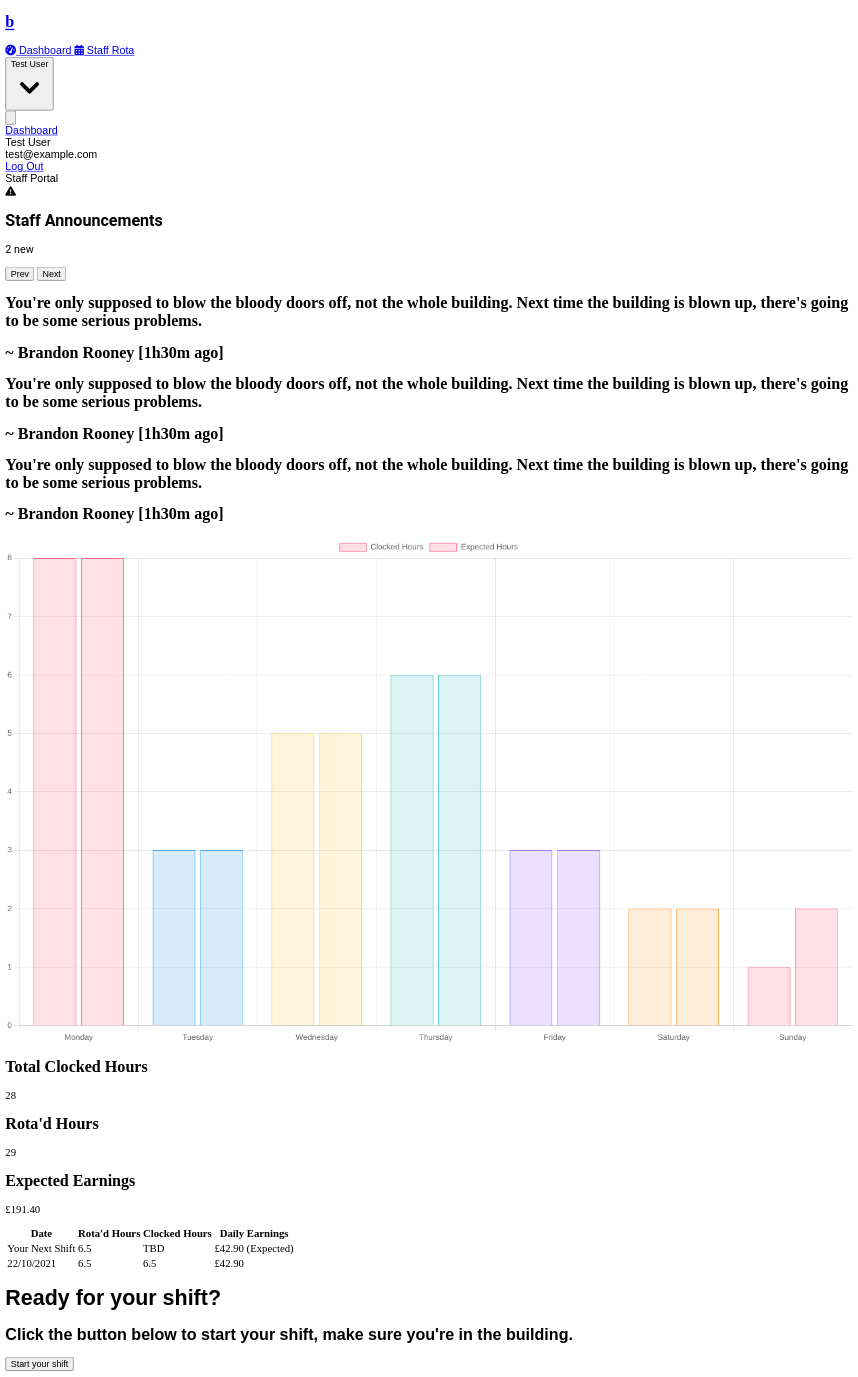
Repository: SimplyBrandon/blue-lounge
Page: http://localhost/dashboard
These files come from the project's save history. The page is drawn as it stood at one moment and after the next save; the edit follows.
The browser window is 1280 px wide. The pictures show the whole page, at 67% of full size.
Some web libraries are served in a nearby version. The page is served by the project's Laravel application, run on PHP 8.4 with Laravel 8. A made-up administrator, Test User (test@example.com), is signed in.

Above is the page before, as saved 2021-10-25 21:04:40.
Console error: ReferenceError: Invalid left-hand side in assignment

After the next save:
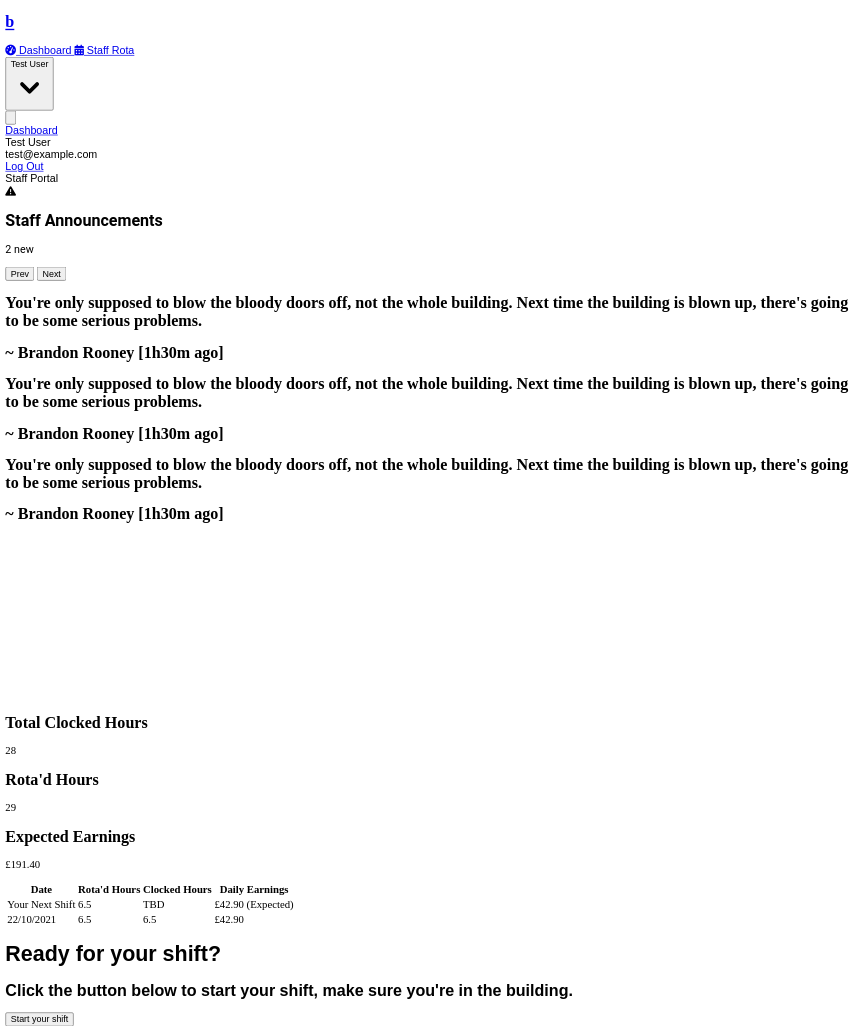
Console error: SyntaxError: Unexpected token ';'
Saved 26 s later.
--- a/resources/views/dashboard.blade.php
+++ b/resources/views/dashboard.blade.php
@@ -88,7 +88,10 @@
     <script>
         $(document).ready(function(){
             let staffAnnouncements = $('#staff-announcements');
-            staffAnnouncements.scrollLeft() = staffAnnouncements.get(0).scrollWidth;
+            staffAnnouncements.scrollLeft = staffAnnouncements.get(0).scrollWidth;
+            staffAnnouncements.animate({
+                scrollLeft: staffAnnouncements.get(0).scrollWidth;
+            }, 0);
 
             $('#next-announcement:not(.disabled)').on('click', function(){
                 var leftPos = staffAnnouncements.scrollLeft();

After the save that followed:
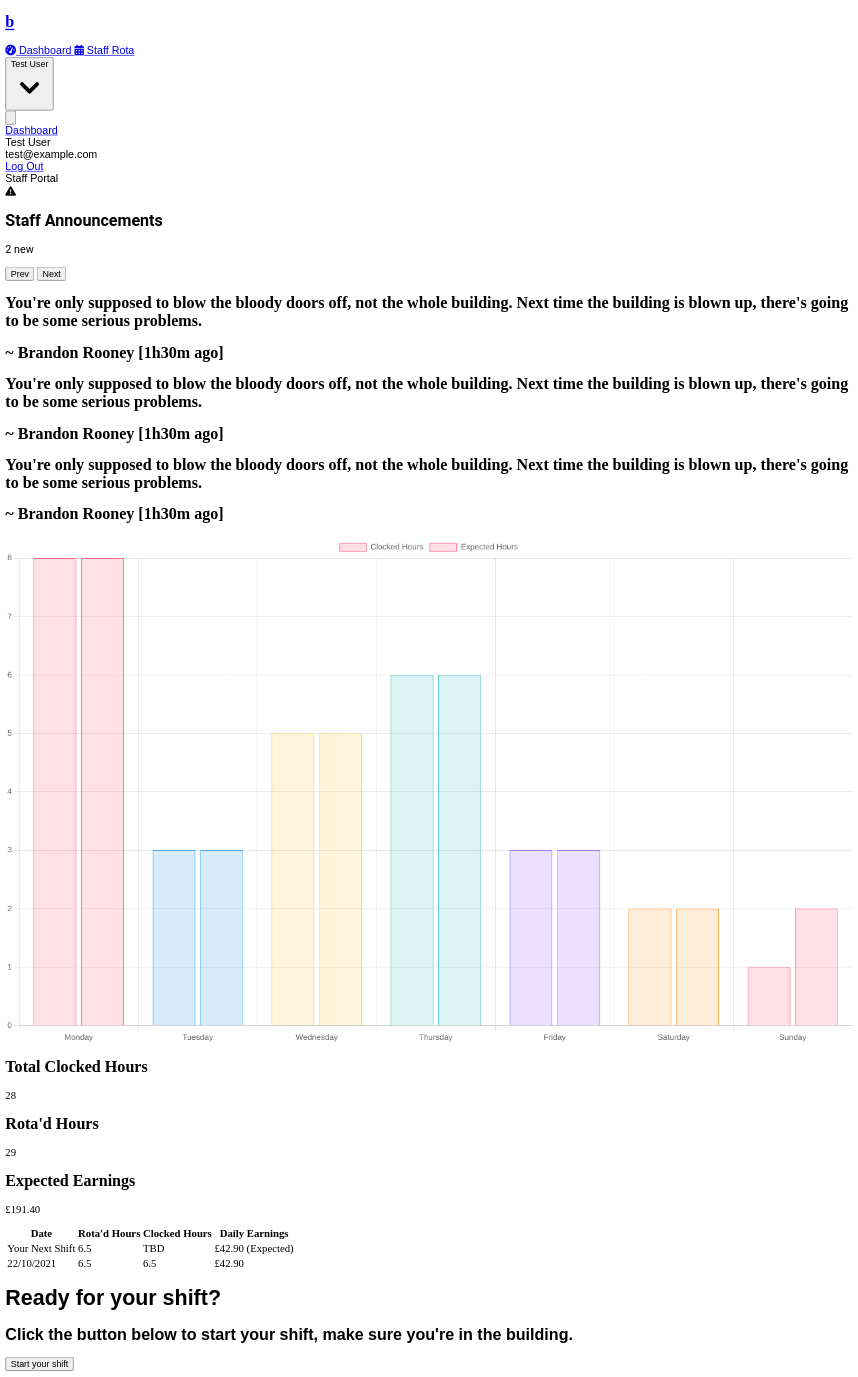
The error is gone.
Saved 6 s later.
--- a/resources/views/dashboard.blade.php
+++ b/resources/views/dashboard.blade.php
@@ -90,7 +90,7 @@
             let staffAnnouncements = $('#staff-announcements');
             staffAnnouncements.scrollLeft = staffAnnouncements.get(0).scrollWidth;
             staffAnnouncements.animate({
-                scrollLeft: staffAnnouncements.get(0).scrollWidth;
+                scrollLeft: staffAnnouncements.get(0).scrollWidth
             }, 0);
 
             $('#next-announcement:not(.disabled)').on('click', function(){
